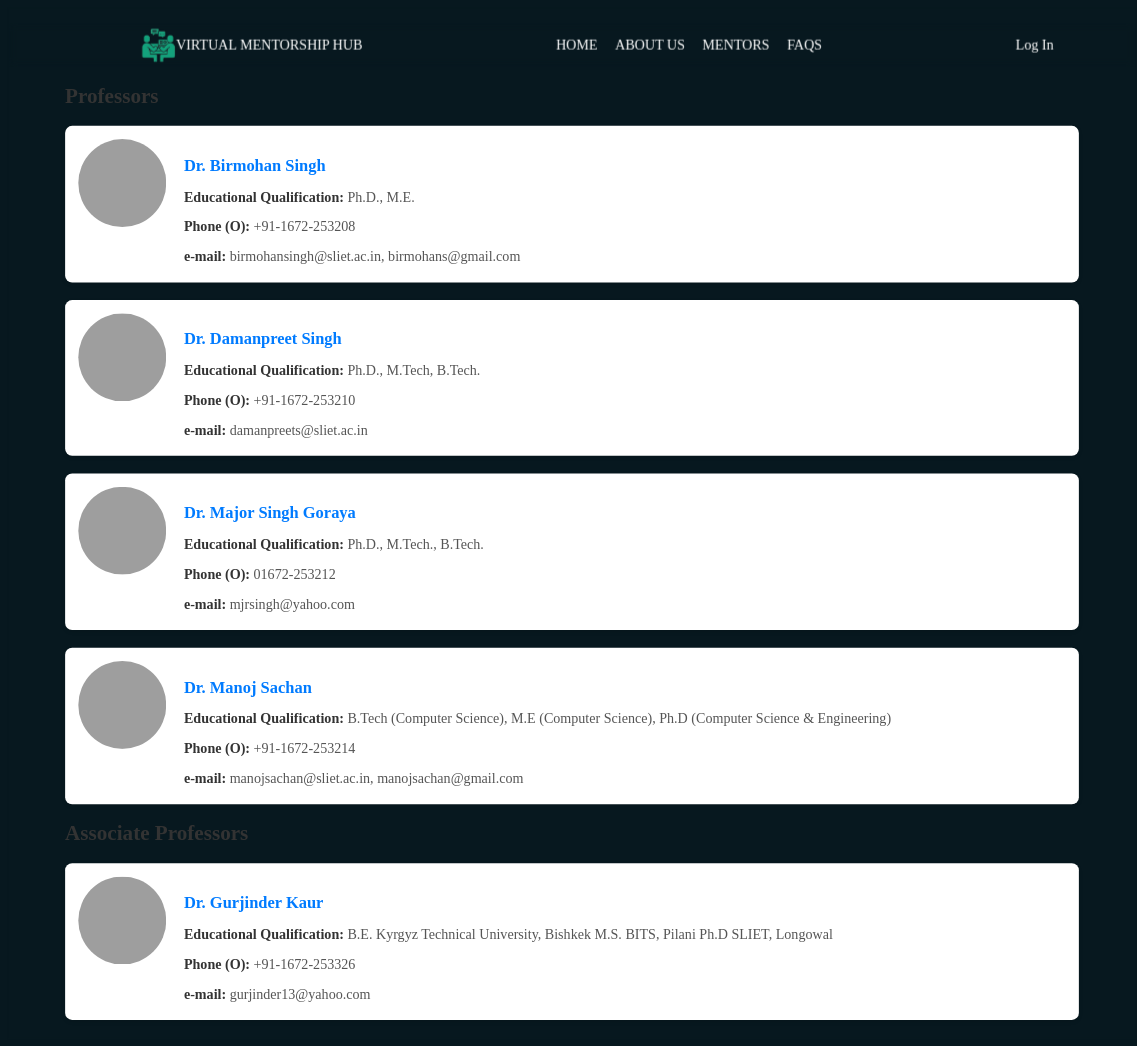
Repository: Anadi-Chauhan/Mentorship-binarybuddy
Page: Mentors.html
These files come from the project's save history. The page is drawn as it stood at one moment and after the next save; the edit follows.
The browser window is 1280 px wide. The page is 1292 px wide, so the pictures cover 1292 px, including what lies to the right of the window. The pictures show the whole page, at 88% of full size.
Pictures or frames that could not be fetched are drawn as grey boxes.

Above is the page before, as saved 2024-10-19 10:04:38.

After the next save:
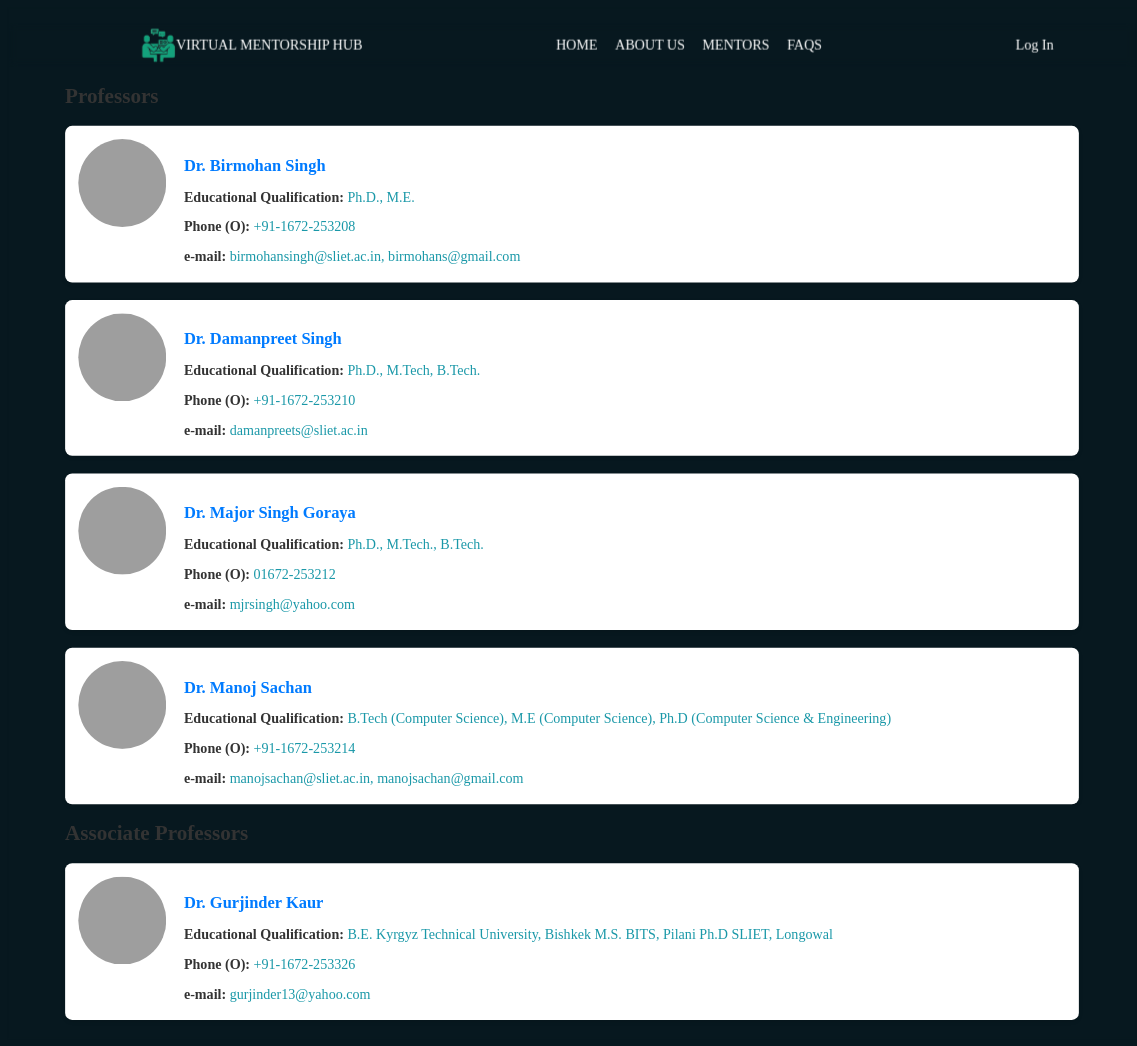
Saved 68 s later.
--- a/mentor.css
+++ b/mentor.css
@@ -80,7 +80,7 @@ h2 {
 
 .info p {
     margin-bottom: 5px;
-    color: #555;
+    color: #1a98a8;
 }
 
 .info strong {
